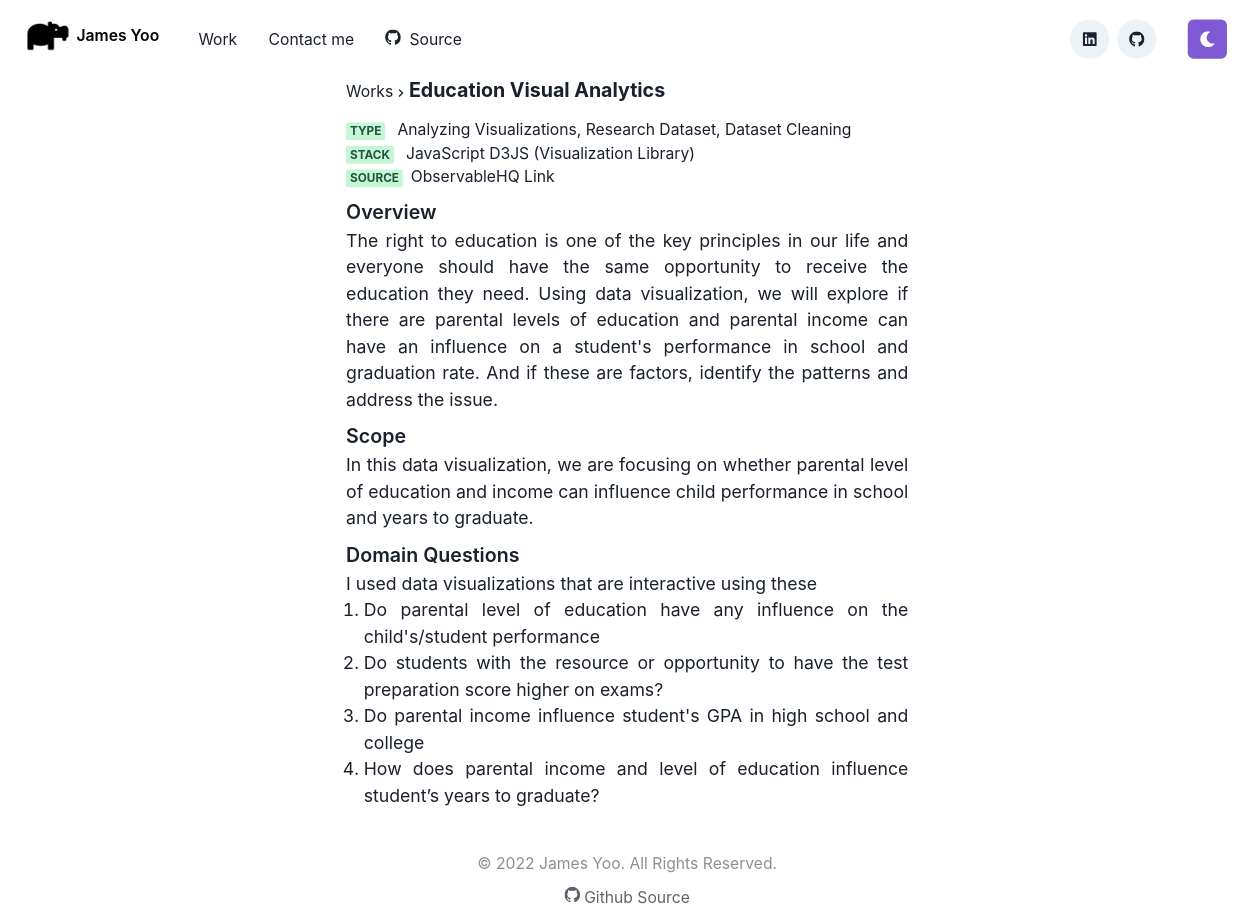
Repository: jammy729/portfolio-2022
Page: /work/educationvisualanalytics
The author's editor kept a copy of each file at every save. The page is drawn from the files as they stood at one save, then again after the next save.
The browser window is 1280 px wide. The pictures show the whole page, at 98% of full size.
The project was rebuilt for these pictures with package versions that can differ from the ones it lists, and the page was loaded fresh each time. Also part of the build but not shown: src/components/home.js, src/components/contact.js, src/components/layouts/layout.js, src/components/work/work.js, src/components/work/Development/WorldInstitutionDatabase/worldinstitutiondatabase.js, src/components/work/Development/GeoMemories/geomemories.js, src/components/work/Design/ExperienceDesign/experiencedesign.js, src/components/work/Development/PersonalPortfolio/personalportfolio.js. Imported but missing from the stored project, and not drawn on this page: src/components/work/Design/FinestCup/finestcup, src/components/work/Development/WorldInstitutionDatabase/universityDatabase.mp4.

Above is the page before, as saved 2022-06-28 15:14:07.

### public/index.html
<!DOCTYPE html>
<html lang="en">
  <head>
    <meta charset="utf-8" />
    <meta name="viewport" content="width=device-width, initial-scale=1" />

    <link rel="shortcut icon" href="%PUBLIC_URL%/hippo.png" />
    <link rel="manifest" href="%PUBLIC_URL%/manifest.json" />

    <title>James Yoo</title>
  </head>
  <body>
    <div id="root"></div>
  </body>
</html>

### src/index.js
import React from 'react'
import ReactDOM from 'react-dom/client'
import './index.css'
import App from './components/App'
import { ChakraProvider, ColorModeScript } from '@chakra-ui/react'

const root = ReactDOM.createRoot(document.getElementById('root'))
root.render(
  <React.StrictMode>
    <ChakraProvider>
      <ColorModeScript initialColorMode='light' />
      <App />
    </ChakraProvider>
  </React.StrictMode>
)

### src/index.css
html, body {
    height: 100%;
  }

### src/components/App.js
import React from 'react'
import Navbar from './navbar'
import { BrowserRouter as Router, Routes, Route } from 'react-router-dom'
import Home from './home'
import Contact from './contact'
import Work from './work/work'
import Footer from './footer'

import UniversityDatabase from './work/Development/WorldInstitutionDatabase/worldinstitutiondatabase'
import GeoMemories from './work/Development/GeoMemories/geomemories'
import FinestCup from './work/Design/FinestCup/finestcup'
import ExperienceDesign from './work/Design/ExperienceDesign/experiencedesign'
import EducationVisualAnalytic from './work/Development/EducationVisualAnalytics/educationvisualanalytics'
import PersonalPortfolio from './work/Development/PersonalPortfolio/personalportfolio'

const App = () => {
  return (
    <Router>
      <Navbar />
      <Routes>
        <Route exact path='/' element={<Home />} />

        <Route exact path='/work' element={<Work />} />
        <Route
          exact
          path='/work/worldinstitutiondatabase'
          element={<UniversityDatabase />}
        />
        <Route exact path='/work/geomemories' element={<GeoMemories />} />
        <Route
          exact
          path='/work/educationvisualanalytics'
          element={<EducationVisualAnalytic />}
        />
        <Route
          exact
          path='/work/personalportfolio'
          element={<PersonalPortfolio />}
        />

        <Route exact path='/work/finestcup' element={<FinestCup />} />
        <Route
          exact
          path='/work/experiencedesign'
          element={<ExperienceDesign />}
        />
        <Route exact path='/contact' element={<Contact />} />
      </Routes>
      <Footer />
    </Router>
  )
}

export default App

### src/components/navbar.js
import { Link } from 'react-router-dom'
import { IconButton } from '@chakra-ui/button'
import { useColorMode } from '@chakra-ui/color-mode'
import { HamburgerIcon } from '@chakra-ui/icons'
import { GoMarkGithub } from 'react-icons/go'
import {
  Flex,
  Stack,
  HStack,
  Spacer,
  MenuItem,
  MenuButton,
  Menu,
  MenuList,
  Box,
  MenuGroup,
  Text,
  Icon
} from '@chakra-ui/react'
import { FaSun, FaMoon, FaGithub, FaLinkedin } from 'react-icons/fa'

import Logo from './logo'
const Navbar = () => {
  const { colorMode, toggleColorMode } = useColorMode()
  const isDark = colorMode === 'dark'
  return (
    <Stack direction={'row'} p={5}>
      <Flex w='full' mx={2}>
        <Logo />

        <HStack
          ml={7}
          justifyContent='center'
          display={{ base: 'none', lg: 'flex' }}
        >
          <Menu>
            <Box px={3}>
              <Link to='./work'>
                <Text>Work</Text>
              </Link>
            </Box>
            <Box px={3}>
              <Link to='/contact'>Contact me</Link>
            </Box>
            <Box px={3} alignItems='center' display='inline-flex'>
              <a
                href='https://github.com/jammy729/portfolio-2022'
                target='blank'
              >
                <Icon as={GoMarkGithub} mr={1} /> Source
              </a>
            </Box>
          </Menu>
        </HStack>

        <Spacer />

        <Box flex={3} align='right' fontSize='md' fontWeight='semibold'>
          <Box flex={1} display={{ base: 'inline-block', lg: 'none' }}>
            <Menu isLazy id='navbar-menu'>
              <IconButton
                boxSize='3rem'
                mx={1}
                icon={isDark ? <FaSun /> : <FaMoon />}
                onClick={toggleColorMode}
                colorScheme={isDark ? 'orange' : 'purple'}
              />
              <MenuButton
                boxSize='3rem'
                as={IconButton}
                icon={<HamburgerIcon />}
                aria-label='Options'
                colorScheme={isDark ? 'blue' : 'blackAlpha'}
              />
              <MenuList w={['80vw', '50vw']}>
                <MenuGroup>
                  <MenuItem pl={5}>
                    <Link to='./work'>Work</Link>
                  </MenuItem>
                  <MenuItem pl={5}>
                    <Link to='./contact'>Contact</Link>
                  </MenuItem>
                  <MenuItem pl={5}>
                    <a
                      href='https://www.linkedin.com/in/james-yoo-b4a1231a5/'
                      target='blank'
                    >
                      <Icon as={FaLinkedin} mr={1} />
                      LinkedIn
                    </a>
                  </MenuItem>
                  <MenuItem pl={5}>
                    <a href='https://github.com/jammy729' target='blank'>
                      <Icon as={GoMarkGithub} mr={1} />
                      GitHub
                    </a>
                  </MenuItem>
                </MenuGroup>
              </MenuList>
            </Menu>
          </Box>
        </Box>

        <Box display={{ base: 'none', lg: 'flex' }}>
          <a
            href='https://www.linkedin.com/in/james-yoo-b4a1231a5/'
            target='blank'
          >
            <IconButton
              icon={<FaLinkedin />}
              isRound='true'
              linkButton={true}
              mx={2}
            />
          </a>
          <a href='https://github.com/jammy729' target='blank'>
            <IconButton icon={<FaGithub />} isRound='true' linkButton={true} />
          </a>
          <IconButton
            ml={8}
            icon={isDark ? <FaSun /> : <FaMoon />}
            onClick={toggleColorMode}
            colorScheme={isDark ? 'orange' : 'purple'}
          />
        </Box>
      </Flex>
    </Stack>
  )
}

export default Navbar

### src/components/footer.js
import { Box, Icon, Text, Container, HStack } from '@chakra-ui/react'
import styled from '@emotion/styled'
import { GoMarkGithub } from 'react-icons/go'

const Bottom = styled.div`
  position: relative;
  width: 100%;
  text-align: center;
  padding-bottom: 10px;
`

const Footer = () => {
  return (
    <Box as='footer'  w="100%" position="absolute" justifyContent="space-between" mt='2rem'>
      <Container opacity={0.5}>
        <Bottom>
          &copy; {new Date().getFullYear()} James Yoo. All Rights Reserved.
        </Bottom>
      </Container>

      <HStack>
        <Bottom>
          <a
            href='https://github.com/jammy729/portfolio-2022'
            target='_blank'
            rel='noopener noreferrer'
          >
            <Text
              opacity={0.7}
              _hover={{
                opacity: '1'
              }}
            >
              <Icon as={GoMarkGithub} mr={1} />
              Github Source
            </Text>
          </a>
        </Bottom>
      </HStack>
    </Box>
  )
}

export default Footer

### src/components/work/Development/EducationVisualAnalytics/educationvisualanalytics.js
import React from 'react'
import { Title, WorkImage, Tag } from '../../../layouts/work-grid'
import { Box, Container, List, ListItem, OrderedList } from '@chakra-ui/react'
import { Writing, DescriptionText } from '../../layout'

const EducationVisualAnalytics = () => {
  return (
    <Box>
      <Container>
        <Title>Education Visual Analytics</Title>
        {/* BADGES  */}
        <List>
          <ListItem>
            <Tag> Type </Tag> Analyzing Visualizations, Research Dataset,
            Dataset Cleaning
          </ListItem>
          <ListItem>
            <Tag> Stack </Tag> JavaScript D3JS (Visualization Library)
          </ListItem>
          <ListItem>
            <Tag> Source </Tag>
            <a
              target='blank'
              href='https://observablehq.com/@jamesyoo/iat-355-final-project-spring-2021/2'
            >
              ObservableHQ Link
            </a>
          </ListItem>
        </List>

        {/* OVERVIEW   */}
        <Writing size='md' title='Overview' />
        <DescriptionText>
          The right to education is one of the key principles in our life and
          everyone should have the same opportunity to receive the education
          they need. Using data visualization, we will explore if there are
          parental levels of education and parental income can have an influence
          on a student's performance in school and graduation rate. And if these
          are factors, identify the patterns and address the issue.
        </DescriptionText>

        {/* SCOPE  */}
        <Writing size='md' title='Scope' />
        <DescriptionText>
          In this data visualization, we are focusing on whether parental level
          of education and income can influence child performance in school and
          years to graduate.
        </DescriptionText>

        {/* DOMAIN QUESTIONS  */}
        <Writing size='md' title='Domain Questions' />
        <DescriptionText>
          I used data visualizations that are interactive using these
          <OrderedList>
            <ListItem>
              Do parental level of education have any influence on the
              child's/student performance
            </ListItem>
            <ListItem>
              Do students with the resource or opportunity to have the test
              preparation score higher on exams?
            </ListItem>
            <ListItem>
              Do parental income influence student's GPA in high school and
              college
            </ListItem>
            <ListItem>
              How does parental income and level of education influence
              student’s years to graduate?
            </ListItem>
          </OrderedList>
        </DescriptionText>
      </Container>
    </Box>
  )
}

export default EducationVisualAnalytics

/* <Center>
<Container>
  <Title>Education Visual Analytic</Title>
  <Text fontSize={isLargeScreen ? "lg" : "lg"} py={3}>
    Designed and implemented an interactive visualization for
    multidimensional data using Observable.{" "}
  </Text>
  <Text fontSize={isLargeScreen ? "lg" : "lg"} py={3}>
    Implemented two datasets to investigate and question the impact of
    parental levels of education and income on the student's performance
    in school and graduation rate.
  </Text>
  <List py={2}>
    <ListItem>
      <Tag>Type</Tag> Academic Project
    </ListItem>
    <ListItem>
      <Tag>Stack</Tag> JavaScript and D3JS (visualization library)
    </ListItem>
    <ListItem>
      <Tag>Website</Tag>{" "}
      <a href="https://observablehq.com/@jamesyoo/iat-355-final-project-spring-2021/2">
        https://observablehq.com/@jamesyoo/iat-355-final-project-spring-2021/2
      </a>
    </ListItem>
  </List>
</Container>
</Center> */

### src/components/logo.js
import React from 'react'
import { Box, Center, Image, Heading, Text } from '@chakra-ui/react'
import { Link } from 'react-router-dom'
import { useColorMode } from '@chakra-ui/color-mode'
import styled from '@emotion/styled'
import HippoImg from '../contents/hippo.png'
import HippoImgDark from '../contents/hippo-dark.png'
import { useMediaQuery } from '@chakra-ui/react'

const LogoBox = styled.span`
  display: inline-flex;
  align-items: center;

  &:hover img {
    transform: rotate(-10deg);
  }
`
const Logo = () => {
  const { colorMode } = useColorMode()
  const isDark = colorMode === 'dark'
  const [isLargeScreen] = useMediaQuery('(min-width:750px)')
  return (
    <Box>
      <Center>
        <LogoBox>
          <Image
            src={isDark ? HippoImgDark : HippoImg}
            w={{ base: '50px' }}
            pr={2}
          />
          <Heading
            justifyContent='center'
            size={isLargeScreen ? 'md' : 'md'}
            fontWeight='semibold'
            color={isDark ? 'white' : 'black'}
          >
            <Link to='/'>
              <Text fontSize='md'>James Yoo</Text>
            </Link>
          </Heading>
        </LogoBox>
      </Center>
    </Box>
  )
}

export default Logo

### src/components/layouts/work-grid.js
import React from 'react'
import { Link } from 'react-router-dom'
import {
  Box,
  LinkBox,
  LinkOverlay,
  Text,
  Image,
  Heading,
  Badge,
  Center
} from '@chakra-ui/react'
import { useMediaQuery } from '@chakra-ui/media-query'
import { ChevronRightIcon } from '@chakra-ui/icons'
import { useColorMode } from '@chakra-ui/color-mode'

export const WorkGrid = ({ children, id, title, thumbnail }) => {
  const [isLargeScreen] = useMediaQuery('(min-width:750px)')

  return (
    <Box maxW='100%' maxH='auto' pb={6} textAlign='center' position='relative'>
      <Link to={`/work/${id}`}>
        <LinkBox cursor='pointer'>
          <Image
            objectFit='cover'
            margin='auto'
            src={thumbnail}
            alt={title}
            placeholder='blur'
            w='100%'
            h={isLargeScreen ? '300px' : '270px'}
            borderRadius='lg'
            fallbackSrc='https://via.placeholder.com/150'
          />
          <LinkOverlay to={`/work/${id}`}>
            <Text mt={2} fontSize={20} fontWeight='semibold'>
              {title}
            </Text>
          </LinkOverlay>
          <Text fontSize={14} px={5}>
            {children}
          </Text>
        </LinkBox>
      </Link>
    </Box>
  )
}

export const Title = ({ children }) => (
  <Box>
    <Link to='/work'>Works</Link>
    <span>
      <ChevronRightIcon />
    </span>
    <Heading display='inline-block' as='h3' fontSize={20} mb={4}>
      {children}
    </Heading>
  </Box>
)

export const WorkImage = ({ src, alt, caption, w }) => {
  const { colorMode } = useColorMode()

  const isDark = colorMode === 'dark'
  return (
    <Box mb={3}>
      <Image borderRadius='2xl' w={w} src={src} alt={alt} mt={4} />
      <Center>
        <Text color={isDark ? 'gray.300' : 'gray.500'}>{caption}</Text>
      </Center>
    </Box>
  )
}

export const Tag = ({ children }) => (
  <Badge colorScheme='green' mr={2}>
    {children}
  </Badge>
)

### src/components/work/layout.js
import React from 'react'
import { Link } from 'react-router-dom'
import { useColorMode } from '@chakra-ui/color-mode'
import { useMediaQuery } from '@chakra-ui/media-query'

import {
  Center,
  Flex,
  Box,
  Text,
  Button,
  Stack,
  Heading,
  Image
} from '@chakra-ui/react'
import profile from '../work/Home/profile.JPG'
export const HeroSection = ({ name, role, work, contact, src }) => {
  const { colorMode } = useColorMode()
  const isDark = colorMode === 'dark'

  const [isLargeScreen] = useMediaQuery('(min-width:750px)')
  return (
    <Center>
      <Flex>
        <Box>
          <Center>
            <Image
              boxSize={isLargeScreen ? '300px' : '250px'}
              src={profile}
              objectFit='cover'
              borderRadius='lg'
            />
          </Center>

          <Text fontSize='3xl' fontWeight='semibold'>
            {name}
          </Text>
          <Text color={isDark ? 'gray.200' : 'black'} mb={4}>
            {role}
          </Text>
          <Stack direction={isLargeScreen ? 'row' : 'column'}>
            <Link to='./work'>
              <Button
                colorScheme='teal'
                cursor='pointer'
                variant='solid'
                w='100%'
              >
                {work}
              </Button>
            </Link>

            <Link to='./contact'>
              <Button
                colorScheme='teal'
                cursor='pointer'
                variant='outline'
                w='100%'
              >
                {contact}
              </Button>
            </Link>
          </Stack>
        </Box>
      </Flex>
    </Center>
  )
}

export const About = ({ title, bio }) => {
  const [isLargeScreen] = useMediaQuery('(min-width:750px)')

  return (
    <Center>
      <Box width={isLargeScreen ? '600px' : '80%'} margin='auto'>
        <Heading size={isLargeScreen ? 'md' : 'lg'} as='u'>
          {title}
        </Heading>
        <Text
          textAlign='justify'
          py='10px'
          fontSize={{ sm: 'lg', md: 'lg', lg: 'md' }}
        >
          {bio}
        </Text>
      </Box>
    </Center>
  )
}

export const Writings = ({ size, title, description }) => {
  return (
    <>
      <Heading size={size} mt={3} mb={1} fontWeight='semibold'>
        {title}
      </Heading>
      <Text mb={3} fontSize='lg' textAlign='justify'>
        {description}
      </Text>
    </>
  )
}

export const Writing = ({ size, title }) => {
  return (
    <>
      <Heading size={size} mt={3} mb={1} fontWeight='semibold'>
        {title}
      </Heading>
    </>
  )
}

export const DescriptionText = ({ children }) => {
  return (
    <>
      <Text mb={3} fontSize='lg' textAlign='justify'>
        {children}
      </Text>
    </>
  )
}

After the next save:
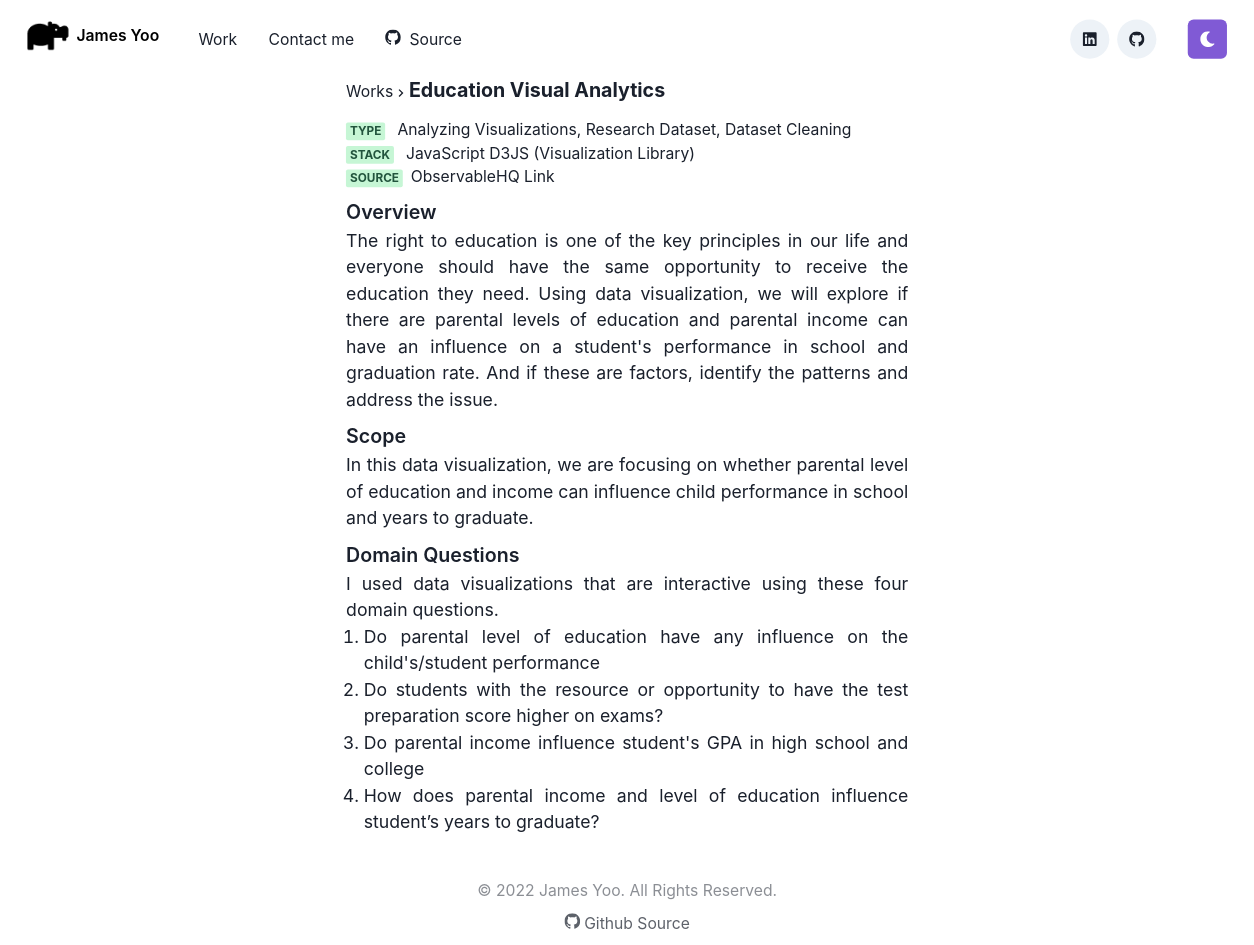
Saved 4 s later.
--- a/src/components/work/Development/EducationVisualAnalytics/educationvisualanalytics.js
+++ b/src/components/work/Development/EducationVisualAnalytics/educationvisualanalytics.js
@@ -50,7 +50,8 @@ const EducationVisualAnalytics = () => {
         {/* DOMAIN QUESTIONS  */}
         <Writing size='md' title='Domain Questions' />
         <DescriptionText>
-          I used data visualizations that are interactive using these
+          I used data visualizations that are interactive using these four
+          domain questions.
           <OrderedList>
             <ListItem>
               Do parental level of education have any influence on the
